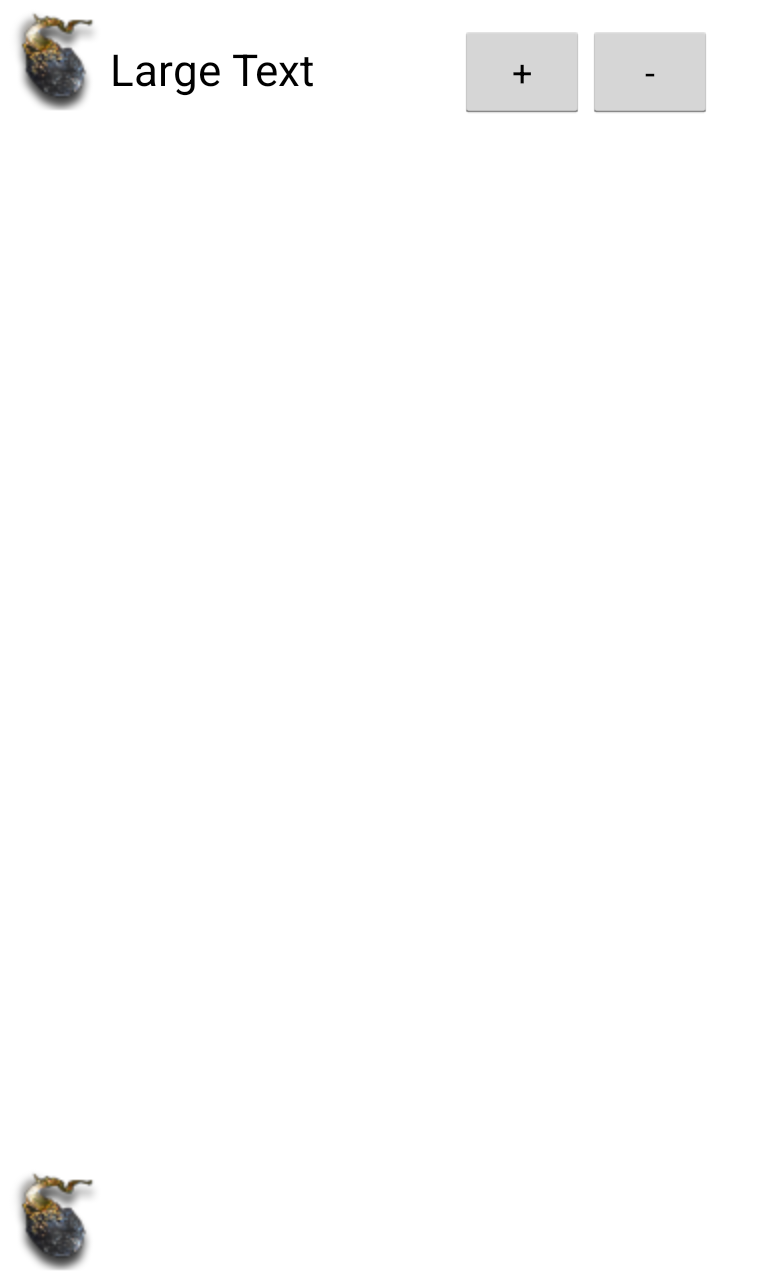
Repository: erictoddhagen/StartingAndriod
Layout: MyFirstApp/OrbTradeTracker/res/layout/activity_main.xml
The author's editor kept a copy of each file at every save. The layout is drawn from the files as they stood at one save, then again after the next save.
It is drawn on a 768 x 1280 px phone screen (xhdpi) without system bars, with theme AppTheme; the app's code is not run.

Above is the layout before, as saved 2013-02-03 08:35:54.

### MyFirstApp/OrbTradeTracker/res/layout/activity_main.xml
<RelativeLayout xmlns:android="http://schemas.android.com/apk/res/android"
    xmlns:tools="http://schemas.android.com/tools"
    android:layout_width="match_parent"
    android:layout_height="match_parent"
    tools:context=".MainActivity" >

    <ImageView
        android:id="@+id/imageView1"
        android:layout_width="wrap_content"
        android:layout_height="wrap_content"
        android:layout_alignParentLeft="true"
        android:layout_alignParentTop="true"
        android:src="@drawable/alchemy" />

    <ImageView
        android:id="@+id/imageView2"
        android:layout_width="wrap_content"
        android:layout_height="wrap_content"
        android:layout_alignParentBottom="true"
        android:layout_alignParentLeft="true"
        android:src="@drawable/alchemy" />

    <Button
        android:id="@+id/buttonsubtract"
        android:layout_width="wrap_content"
        android:layout_height="wrap_content"
        android:layout_alignBaseline="@+id/buttonadd"
        android:layout_alignBottom="@+id/buttonadd"
        android:layout_alignParentRight="true"
        android:layout_marginRight="27dp"
        android:text="-" />

    <Button
        android:id="@+id/buttonadd"
        android:layout_width="wrap_content"
        android:layout_height="wrap_content"
        android:layout_alignBottom="@+id/imageView1"
        android:layout_toLeftOf="@+id/buttonsubtract"
        android:text="+" />

    <TextView
        android:id="@+id/textView1"
        android:layout_width="wrap_content"
        android:layout_height="wrap_content"
        android:layout_alignBaseline="@+id/buttonadd"
        android:layout_alignBottom="@+id/buttonadd"
        android:layout_toRightOf="@+id/imageView1"
        android:text="Large Text"
        android:textAppearance="?android:attr/textAppearanceLarge" />

</RelativeLayout>

Loaded but not shown: MyFirstApp/OrbTradeTracker/res/values/styles.xml (common file); MyFirstApp/OrbTradeTracker/res/values-v11/styles.xml (common file); MyFirstApp/OrbTradeTracker/res/values-v14/styles.xml (common file)

After the next save:
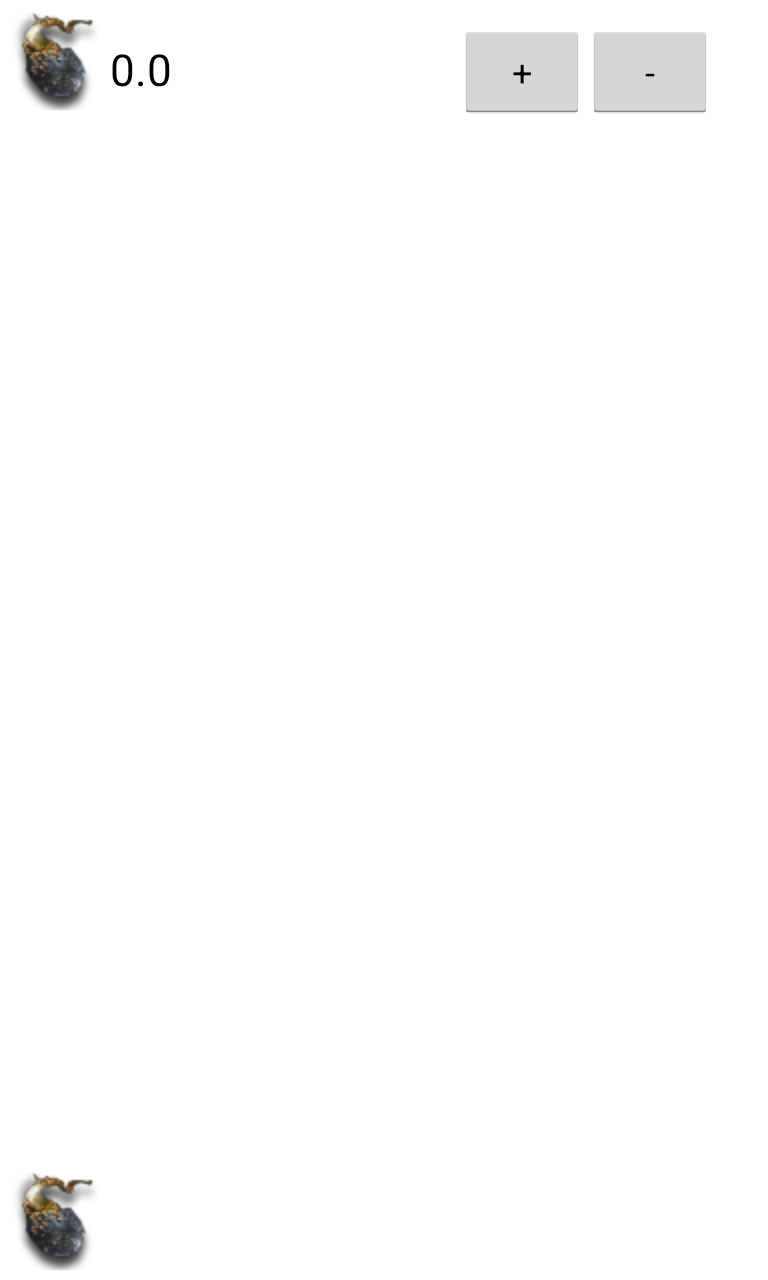
Saved 2 s later.
--- a/MyFirstApp/OrbTradeTracker/res/layout/activity_main.xml
+++ b/MyFirstApp/OrbTradeTracker/res/layout/activity_main.xml
@@ -45,7 +45,7 @@
         android:layout_alignBaseline="@+id/buttonadd"
         android:layout_alignBottom="@+id/buttonadd"
         android:layout_toRightOf="@+id/imageView1"
-        android:text="Large Text"
+        android:text="0.0"
         android:textAppearance="?android:attr/textAppearanceLarge" />
 
 </RelativeLayout>
